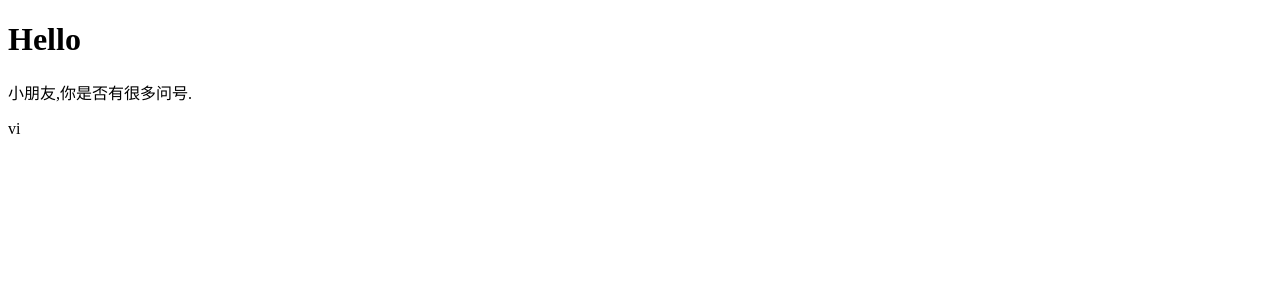
Repository: dongyuna/dongyuna.github.io
Page: index.html
An editor plug-in stored every save of this project. The page is shown before and after a run of saves, followed by the edit.
The browser window is 1280 px wide. The pictures show the whole page.

Above is the page before, as saved 2020-04-16 20:14:10.

After the next 2 saves:
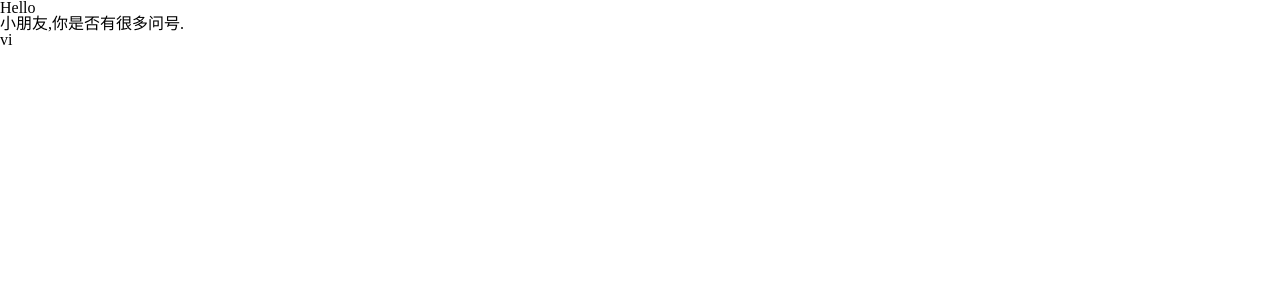
The 2 saves are shown as one change because they came seconds apart.
The last was saved 8 s later.
--- a/index.html
+++ b/index.html
@@ -5,6 +5,7 @@
 <title>index</title>
 <link rel="stylesheet" href="./css/all.css">
 <link rel="stylesheet" href="./css/base.css">
+<link rel="stylesheet" href="./css/reset.css">
 </head>
 <body>
 <h1>Hello</h1>
